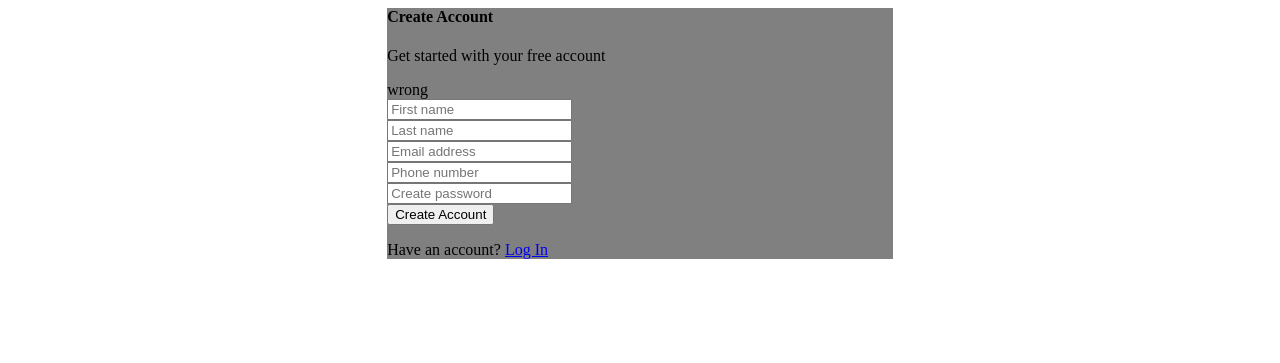
Repository: devlogan/collproject
Page: CollFrontend/WebContent/user/SignUp.htm
An editor plug-in stored every save of this project. The page is shown before and after the next save, followed by the edit.
The browser window is 1280 px wide. The pictures show the whole page.

Above is the page before, as saved 2019-04-30 08:45:25.

### CollFrontend/WebContent/user/SignUp.htm

<link style="css\\SignUpCss.css" />
<style>
input.ng-touched.ng-invalid {
	border: 0.5px solid red;
	background-color: pink;
	color: white;
}

input.ng-touched.ng-valid {
	border: 0.5px solid green;
}

input.ng-show {
	border: 0.5px solid red;
}

.my-cont {
	width: 40%;
	margin: 0 auto;
	background-color: grey;
}
input i{
    margin-left: 10px;
    font-size: 1.5rem;
    position: relative;
    color: green;
}
</style>
<div class="container">

	<div class="card bg-light my-cont">
		<article class="card-body mx-auto" style="max-width: 400px;">
			<h4 class="card-title mt-3 text-center">Create Account</h4>
			<p class="text-center">Get started with your free account</p>


			<form name="myForm" novalidate>
			<div ng-show="myForm.firstName.$invalid && myForm.firstName.$touched">wrong</div>
				<div class="form-group input-group">
					<div class="input-group-prepend">
						<span class="input-group-text"> <i class="fa fa-user"></i>
						</span>
					</div>
					<input name="firstName" class="form-control"
						placeholder="First name" type="text" ng-model="user.firstName"
						ng-required="true"><i ng-show="myForm.firstName.$valid" class="fa fa-check"></i>
				</div>


				<div class="form-group input-group">
					<div class="input-group-prepend">
						<span class="input-group-text"> <i class="fa fa-user"></i>
						</span>
					</div>
					<input name="" class="form-control" placeholder="Last name"
						type="text" ng-model="user.lastName" ng-required="true">
				</div>
				<div class="form-group input-group">
					<div class="input-group-prepend">
						<span class="input-group-text"> <i class="fa fa-envelope"></i>
						</span>
					</div>
					<input name="" class="form-control" placeholder="Email address"
						type="email" ng-model="user.email" ng-required="true">
				</div>
				<!-- form-group// -->

				<div class="form-group input-group">
					<div class="input-group-prepend">
						<span class="input-group-text"> <i class="fa fa-phone"></i>
						</span>
					</div>

					<input name="" class="form-control" placeholder="Phone number"
						type="text" ng-model="user.mobileNo" ng-required="true">
				</div>
				<!-- form-group// -->


				<div class="form-group input-group">
					<div class="input-group-prepend">
						<span class="input-group-text"> <i class="fa fa-lock"></i>
						</span>
					</div>
					<input class="form-control" placeholder="Create password"
						type="password" ng-model="user.password" ng-required="true">
				</div>
				<!-- form-group// -->

				<div class="form-group">
					<button type="submit" class="btn btn-primary btn-block"
						ng-disabled="myForm.$invalid" ng-click="registerUser()">Create Account</button>
				</div>
				<!-- form-group// -->
				<p class="text-center">
					Have an account? <a href="#!login">Log In</a>
				</p>
			</form>
		</article>
	</div>
</div>

After the next save:
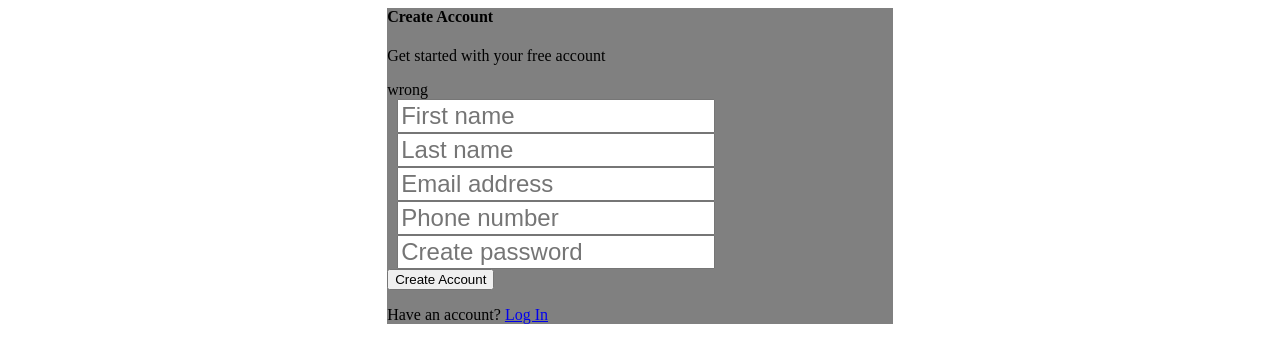
Saved 14 s later.
--- a/CollFrontend/WebContent/user/SignUp.htm
+++ b/CollFrontend/WebContent/user/SignUp.htm
@@ -20,7 +20,7 @@
 	margin: 0 auto;
 	background-color: grey;
 }
-input i{
+input{
     margin-left: 10px;
     font-size: 1.5rem;
     position: relative;

After the save that followed:
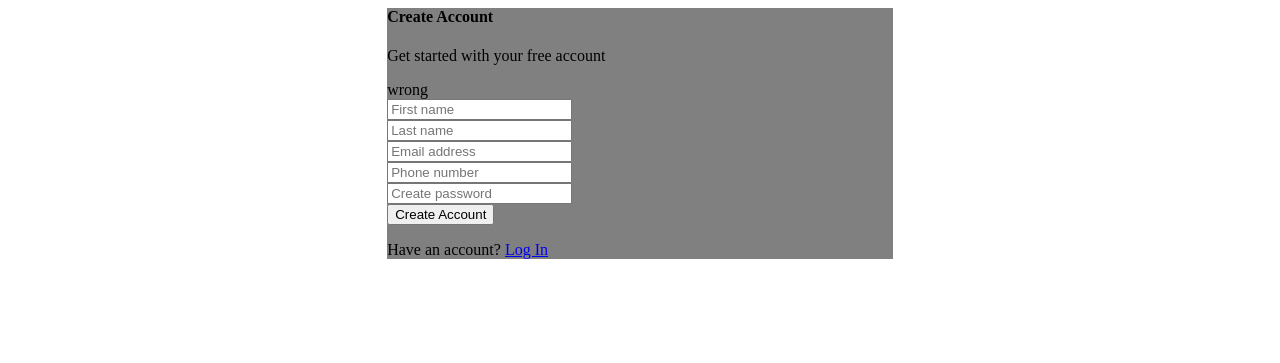
Saved 11 s later.
--- a/CollFrontend/WebContent/user/SignUp.htm
+++ b/CollFrontend/WebContent/user/SignUp.htm
@@ -20,7 +20,7 @@
 	margin: 0 auto;
 	background-color: grey;
 }
-input{
+input i{
     margin-left: 10px;
     font-size: 1.5rem;
     position: relative;
